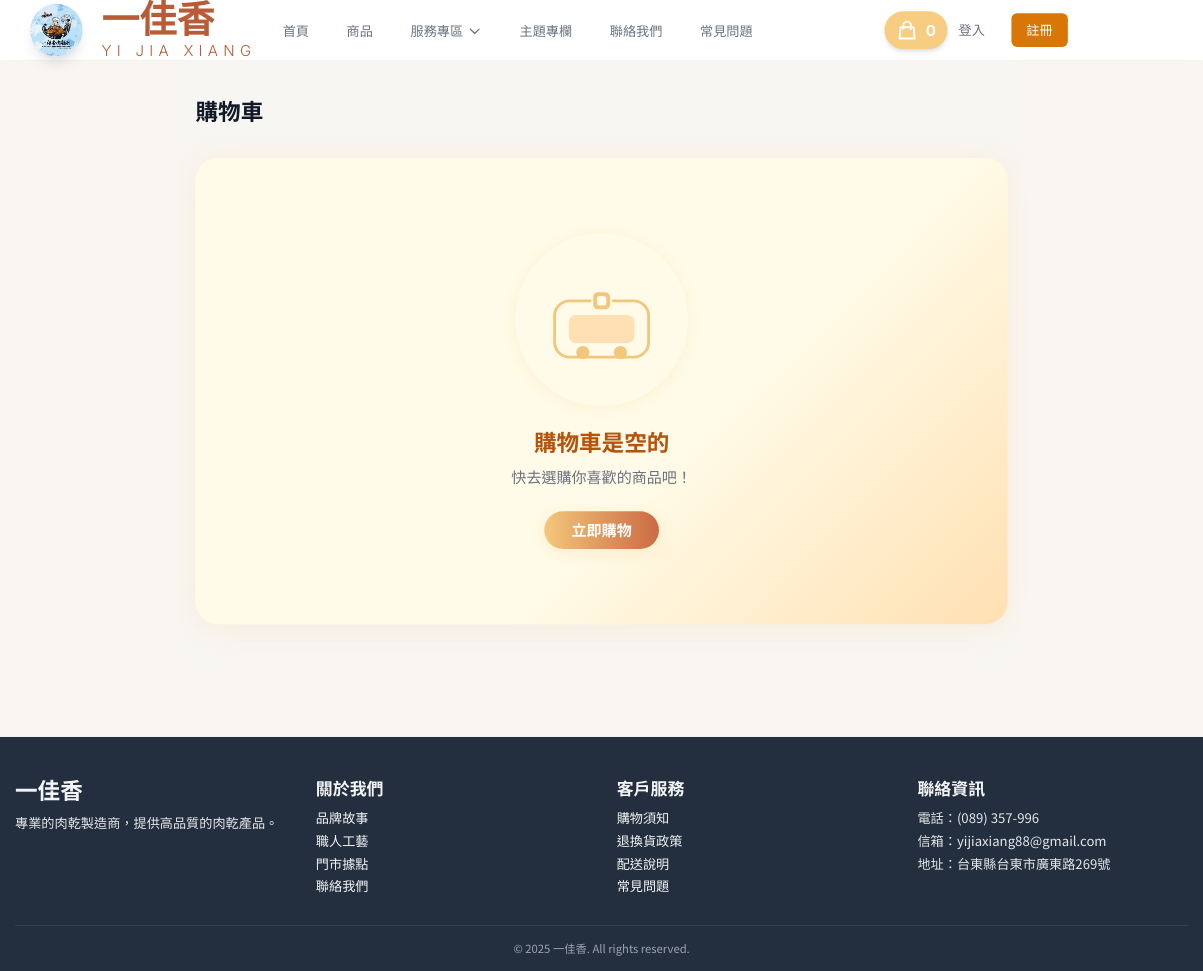
Repository: jack74387/YI-JIA-XIANG
Page: /cart (app in frontend/)
These files come from the project's save history. The page is drawn as it stood at one moment and after the next save; the edit follows.
The browser window is 1280 px wide. The pictures show the whole page, at 94% of full size.
The page's requests for data from a server got no answer. The project was rebuilt for these pictures with package versions that can differ from the ones it lists, and the page was loaded fresh each time. No one was signed in, and anything a server would have sent is missing. Also part of the build but not shown: frontend/vite.config.ts, frontend/src/components/ArticleBlock.vue, frontend/src/views/HomeView.vue, frontend/src/components/ProductImageGallery.vue, frontend/src/components/ProductInfo.vue, frontend/src/components/ProductTabs.vue, frontend/src/components/ProductAddToCartModal.vue, frontend/src/views/ProductDetailView.vue and 1 more.

Above is the page before, as saved 2025-08-14 08:13:11.

After the next save:
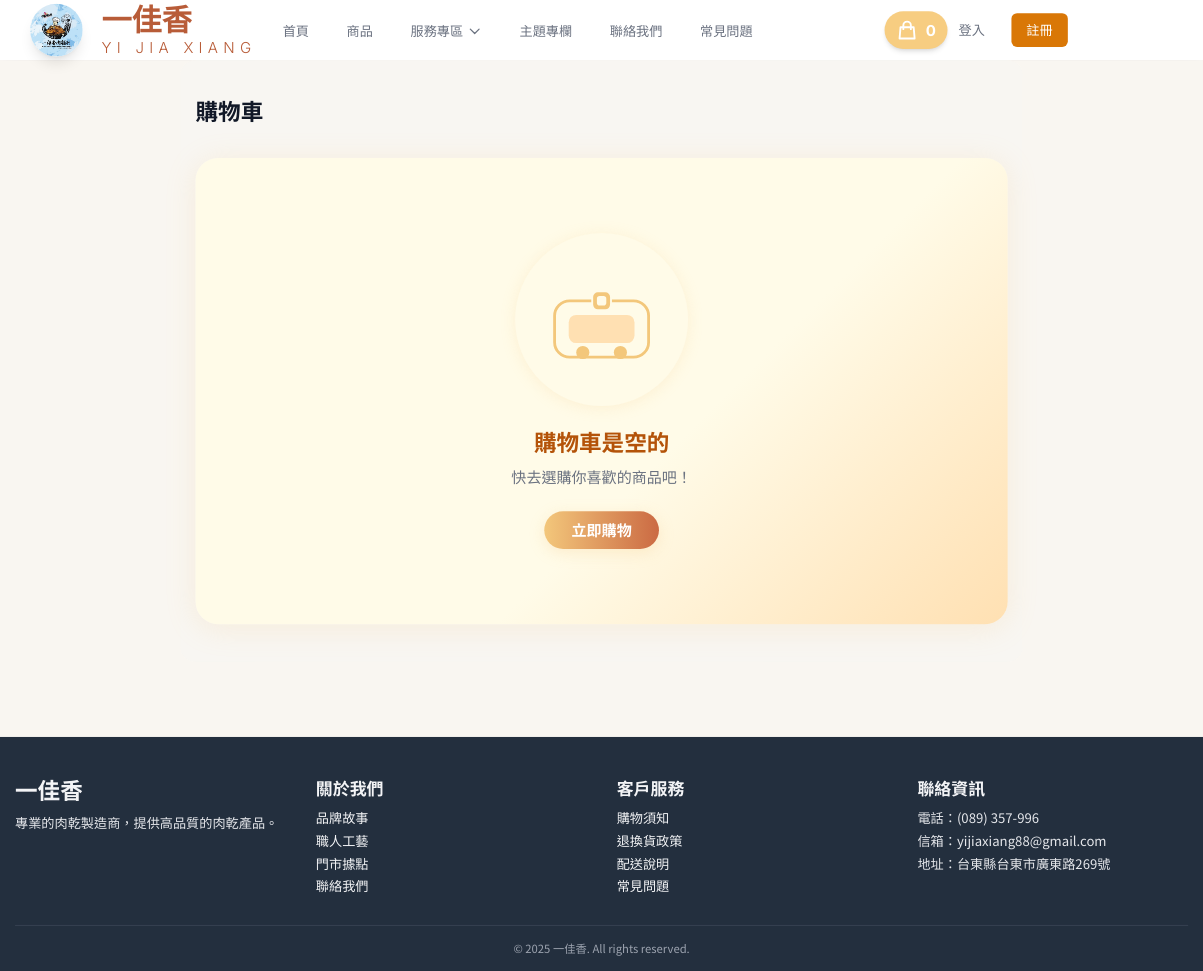
Saved 32 s later.
--- a/frontend/src/components/Navigation.vue
+++ b/frontend/src/components/Navigation.vue
@@ -7,7 +7,7 @@
             <img src="/images/logo.jpg" alt="品牌LOGO" class="h-14 w-14 rounded-full object-cover shadow-lg" />
             <div class="flex flex-col items-start justify-center leading-tight">
               <span
-                class="text-[2.5rem] font-black"
+                class="text-[2rem] font-black"
                 style="font-family: 'Noto Serif TC', 'Microsoft JhengHei', '微軟正黑體', serif; color: #b85c38; line-height: 1;"
               >一佳香</span>
               <span
